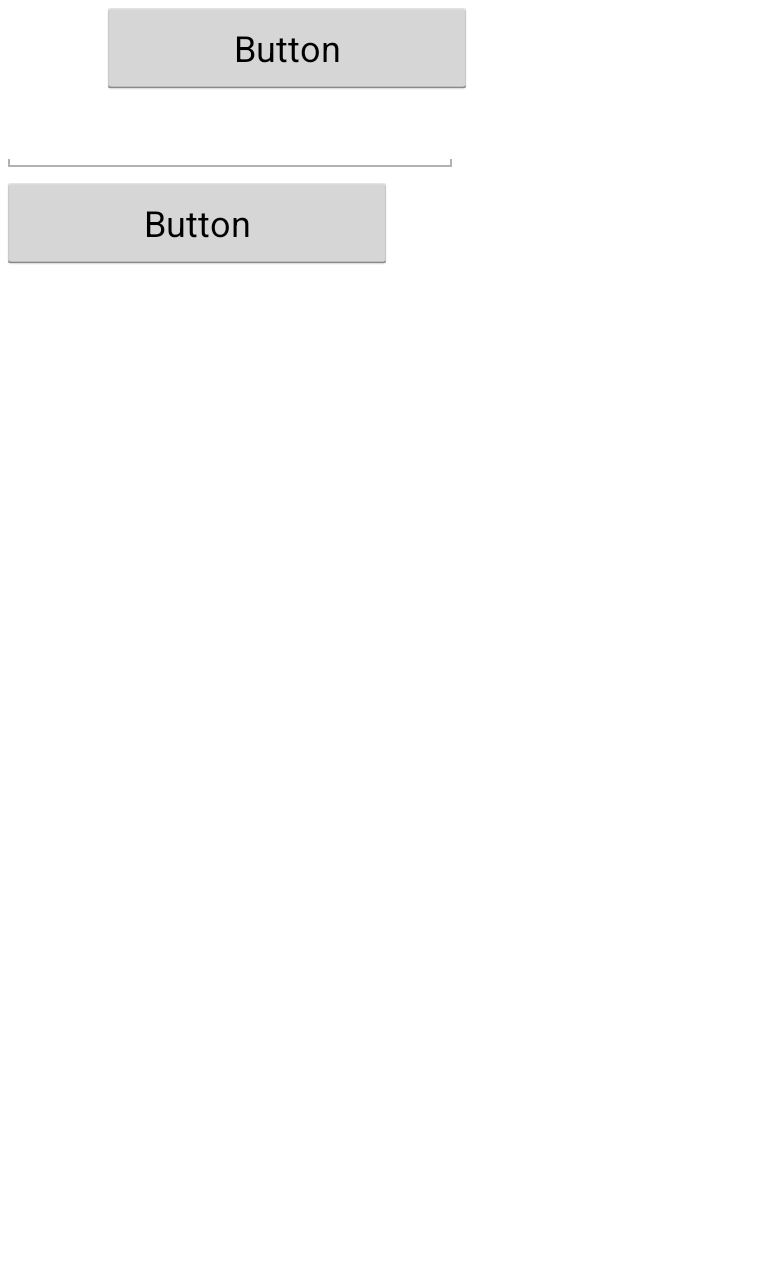
Repository: epson121/forumhr_mobile
Layout: TopicsActivity/res/layout/dialog_go_to_page.xml
An editor plug-in stored every save of this project. The layout is shown before and after a run of saves, followed by the edit.
It is drawn on a 768 x 1280 px phone screen (xhdpi) without system bars, with theme AppTheme; the app's code is not run.

Above is the layout before, as saved 2013-02-21 22:14:46.

After the next 2 saves:
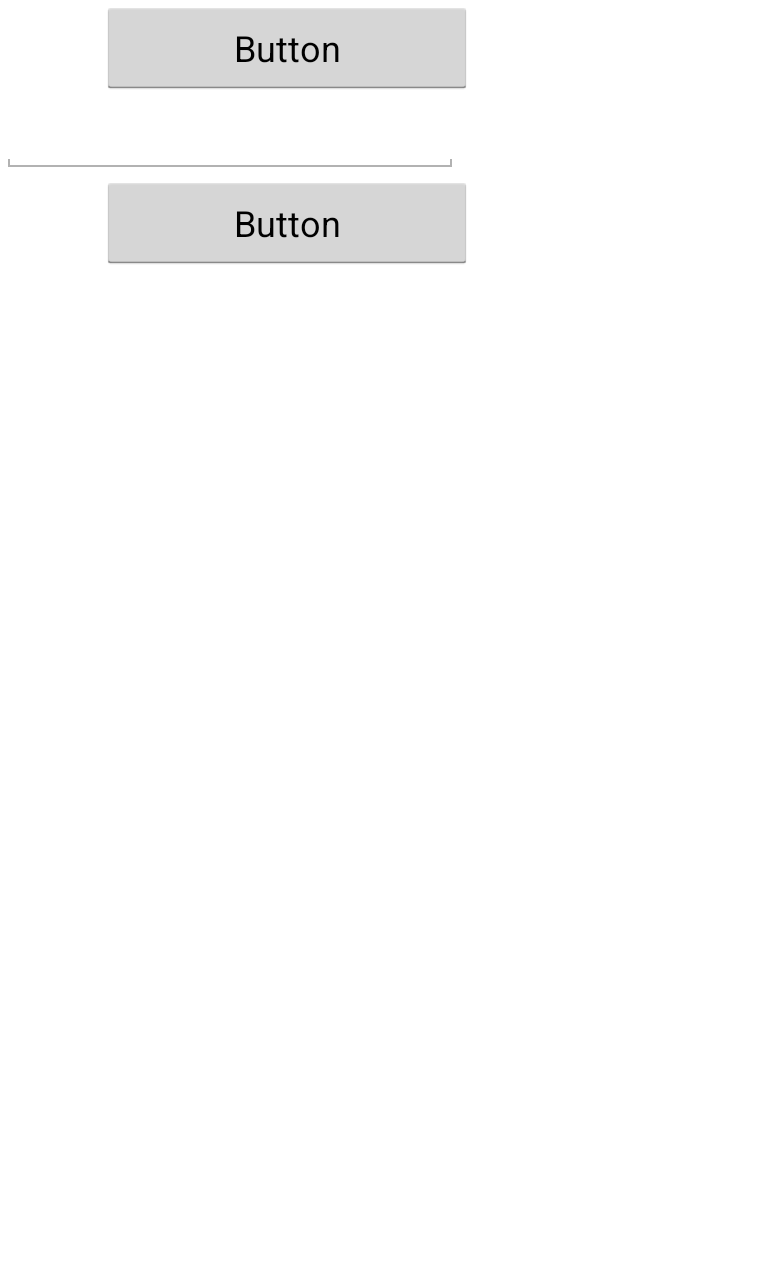
The 2 saves are shown as one change because they came seconds apart.
The last was saved 18 s later.
--- a/TopicsActivity/res/layout/dialog_go_to_page.xml
+++ b/TopicsActivity/res/layout/dialog_go_to_page.xml
@@ -22,7 +22,8 @@
 
     <Button
         android:id="@+id/button2"
-        android:layout_width="197dp"
+        android:layout_width="187dp"
+        android:layout_marginLeft="50dip"
         android:layout_height="wrap_content"
         android:text="Button" />
 
